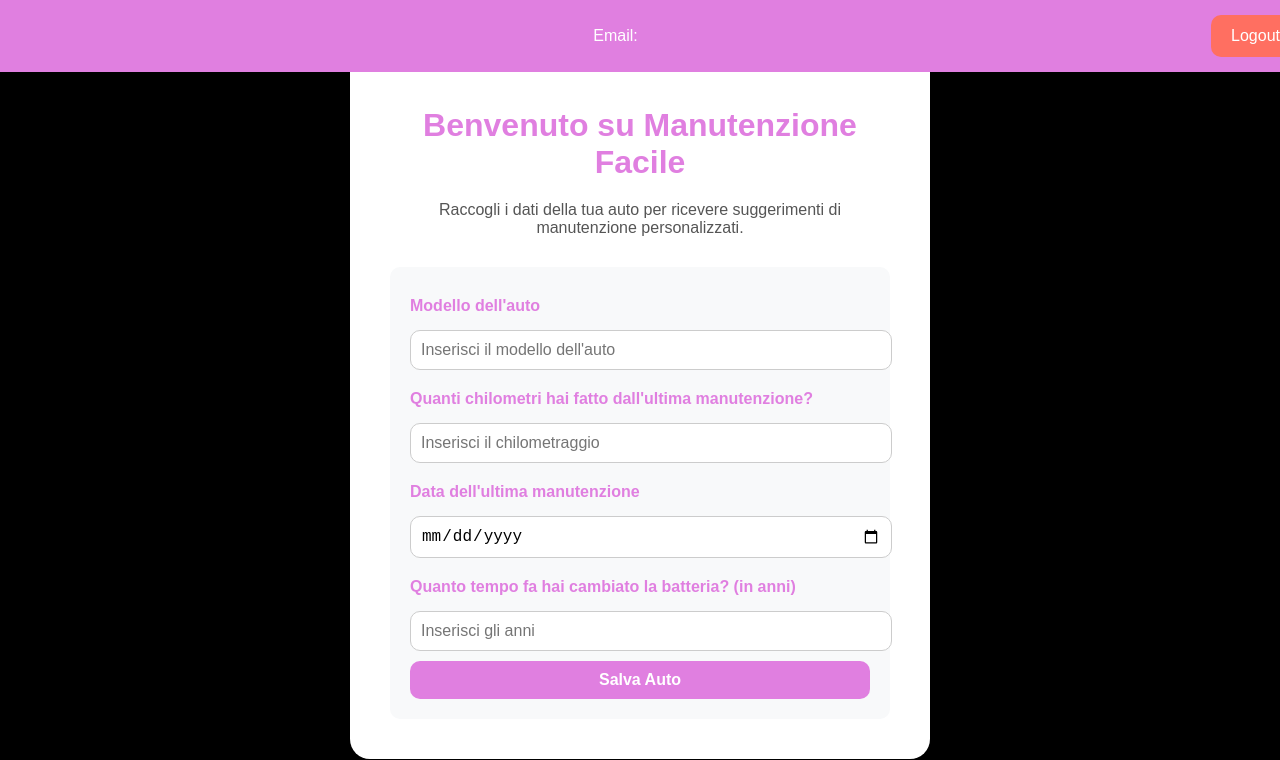
Repository: maxdl98/AppAuto
Page: http://localhost/index
These files come from the project's save history. The page is drawn as it stood at one moment and after the next save; the edit follows.
The browser window is 1280 px wide. The pictures show the whole page.
The page is this project's Thymeleaf template; nobody is signed in. The template is opened directly, without the code that normally fills it, so the values that code supplies are empty.

Above is the page before, as saved 2025-01-12 20:36:15.

After the next save:
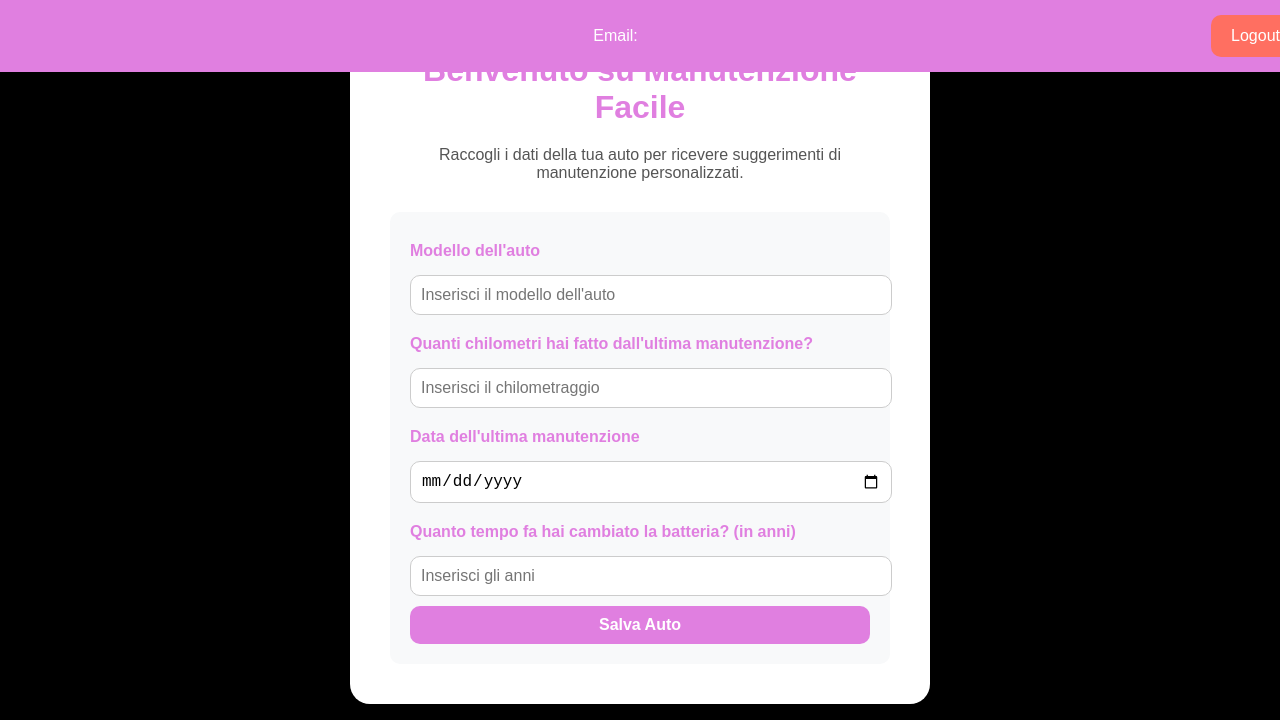
Saved 8 min 42 s later.
--- a/AutoApp/src/main/resources/templates/index.html
+++ b/AutoApp/src/main/resources/templates/index.html
@@ -68,6 +68,8 @@
             max-width: 500px;
             text-align: center;
             margin-top: 80px; /* Distanza dalla top bar */
+                position: relative;
+    bottom: 55px;
         }
 
         /* Titolo */

After the save that followed:
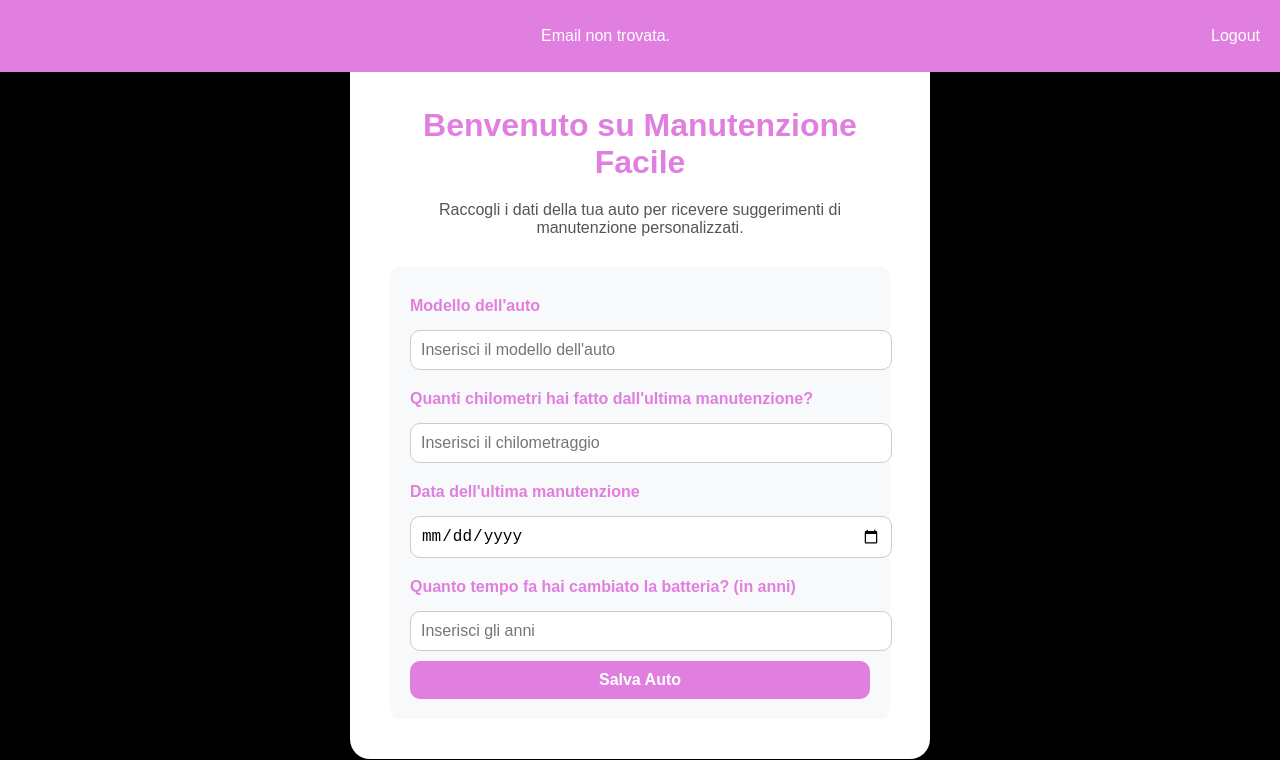
Saved 4 min 49 s later.
--- a/AutoApp/src/main/resources/templates/index.html
+++ b/AutoApp/src/main/resources/templates/index.html
@@ -42,9 +42,9 @@
             flex-grow: 1;
         }
 
-        /* Pulsante di logout a destra */
+        /* Pulsante di logout a sinistra */
         .topbar .logout-btn {
-            background-color: #ff6f61;
+            background-color: #e07fe0;  /* Colore del pulsante logout */
             color: white;
             padding: 12px 20px;
             font-size: 1rem;
@@ -52,10 +52,11 @@
             border-radius: 10px;
             cursor: pointer;
             transition: background-color 0.3s;
+            margin-right: 20px;  /* Spostato a sinistra */
         }
 
         .topbar .logout-btn:hover {
-            background-color: #f35a4a;
+            background-color: #c97bcd;  /* Colore al passaggio del mouse */
         }
 
         /* Contenitore principale */
@@ -68,8 +69,6 @@
             max-width: 500px;
             text-align: center;
             margin-top: 80px; /* Distanza dalla top bar */
-                position: relative;
-    bottom: 55px;
         }
 
         /* Titolo */
@@ -215,7 +214,7 @@
             localStorage.removeItem("userId");
 
             // Reindirizza alla pagina di login
-            window.location.href = 'Login.html';
+            window.location.href = 'login.html';
         });
 
         // Carica l'email dell'utente nella topbar
@@ -223,6 +222,8 @@
             const userEmail = localStorage.getItem("userEmail");
             if (userEmail) {
                 document.getElementById('userEmail').innerText = `Email: ${userEmail}`;
+            } else {
+                document.getElementById('userEmail').innerText = "Email non trovata.";
             }
         };
     </script>
